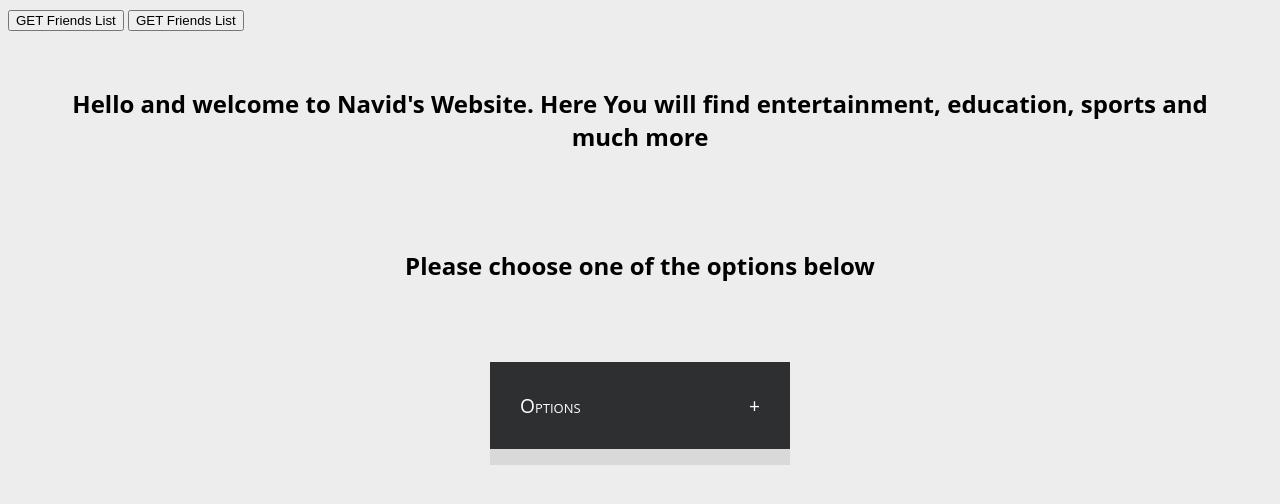
Repository: navid-amini12/capstone-1
Page: index.html
An editor plug-in stored every save of this project. The page is shown before and after the next save, followed by the edit.
The browser window is 1280 px wide. The pictures show the whole page.

Above is the page before, as saved 2022-05-18 14:49:00.

After the next save:
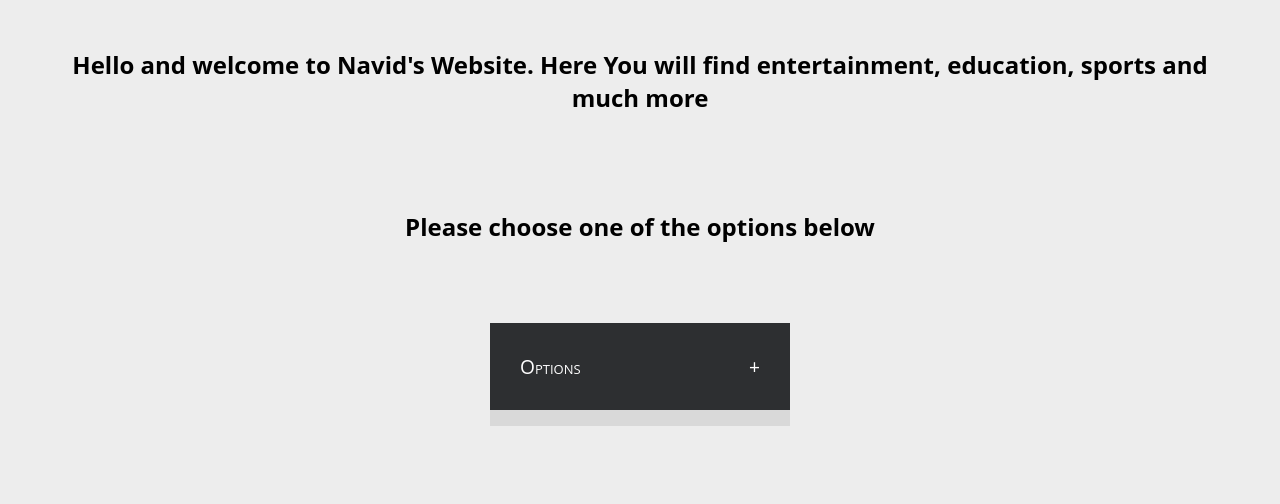
Saved 28 s later.
--- a/index.html
+++ b/index.html
@@ -1,49 +1,4 @@
 
-<!DOCTYPE html>
-
-<button id="button">GET Friends List</button>
-
-<script src="https://unpkg.com/axios/dist/axios.min.js"></script>
-<script>
-  document.getElementById("button").onclick = function () {
-	axios
-	  .get("http://localhost:4000/api/users")
-	  .then(function (response) {
-		const data = response.data;
-		document.getElementById("people").innerHTML = data
-		  .map(function (person) {
-			return '<li class="row">' + person;
-		  })
-		  .join("");
-	  })
-	  .catch(function (err) {
-		document.getElementById("people").innerHTML =
-		  '<li class="text-danger">' + err.message + "</li>";
-	  });
-  };
-</script>
-	<button id="button">GET Friends List</button>
-
-    <script src="https://unpkg.com/axios/dist/axios.min.js"></script>
-    <script>
-      document.getElementById("button").onclick = function () {
-        axios
-          .get("http://localhost:4000/api/users")
-          .then(function (response) {
-            const data = response.data;
-            document.getElementById("people").innerHTML = data
-              .map(function (person) {
-                return '<li class="row">' + person;
-              })
-              .join("");
-          })
-          .catch(function (err) {
-            document.getElementById("people").innerHTML =
-              '<li class="text-danger">' + err.message + "</li>";
-          });
-      };
-    </script>
-<body>
 	<h1>Hello and welcome to Navid's Website. Here You will find entertainment, education, sports and much more</h1>
 
 
